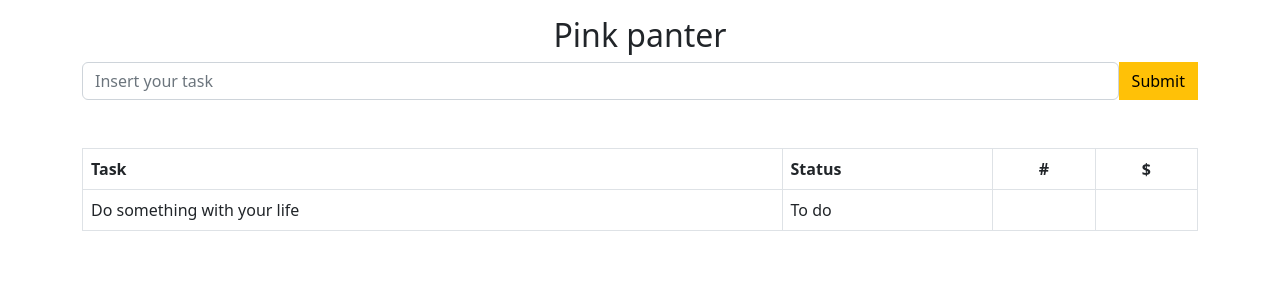
Repository: Wladomax/todo-vue
Page: /
An editor plug-in stored every save of this project. The page is shown before and after the next save, followed by the edit.
The browser window is 1280 px wide. The pictures show the whole page.
The project was rebuilt for these pictures with package versions that can differ from the ones it lists, and the page was loaded fresh each time. Also part of the build but not shown: vue.config.js.

Above is the page before, as saved 2023-01-01 11:58:39.

### src/main.js
import { createApp } from "vue";
import App from "./App.vue";
import "bootstrap/dist/css/bootstrap.min.css";
import "@fortawesome/fontawesome-free/css/all.css";
import "@fortawesome/fontawesome-free/js/all.js";

createApp(App).mount("#app");

### src/App.vue
<template>
  <div>
    <ToDo></ToDo>
  </div>
</template>

<script>
import ToDo from "./components/ToDo.vue";

export default {
  name: "App",
  components: {
    ToDo,
  },
};
</script>

<style></style>

### src/components/ToDo.vue
<template>
  <div class="container">
    <h2 class="text-center mt-3">Pink panter</h2>

    <!-- input -->
    <div class="d-flex">
      <input type="text" placeholder="Insert your task" class="form-control" />
      <button class="btn btn-warning rounded-0">Submit</button>
    </div>

    <!-- Table-->
    <table class="table table-bordered mt-5">
      <thead>
        <tr>
          <th scope="col">Task</th>
          <th scope="col">Status</th>
          <th scope="col" class="text-center">#</th>
          <th scope="col" class="text-center">$</th>
        </tr>
      </thead>
      <tbody>
        <tr>
          <td>Do something with your life</td>
          <td>To do</td>
          <td>
            <div>
              <span class="fa"> </span>
            </div>
          </td>
          <td>
            <div>
              <span class="fa"> </span>
            </div>
          </td>
        </tr>
      </tbody>
    </table>
  </div>
</template>

<script>
export default {
  name: "ToDo",
  props: {
    msg: String,
  },
};
</script>

<style scoped></style>

Loaded but not shown: public/index.html (common file)

After the next save:
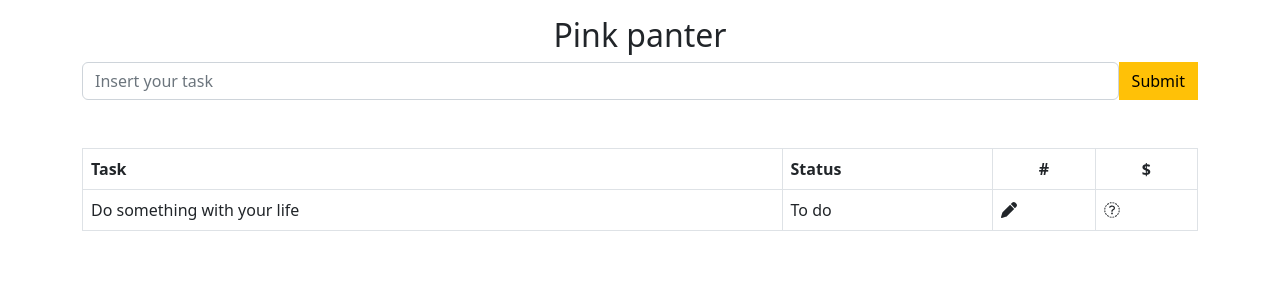
Saved 33 s later.
--- a/src/components/ToDo.vue
+++ b/src/components/ToDo.vue
@@ -24,12 +24,12 @@
           <td>To do</td>
           <td>
             <div>
-              <span class="fa"> </span>
+              <span class="fa fa-pen"> </span>
             </div>
           </td>
           <td>
             <div>
-              <span class="fa"> </span>
+              <span class="fa fa-tresh"> </span>
             </div>
           </td>
         </tr>
